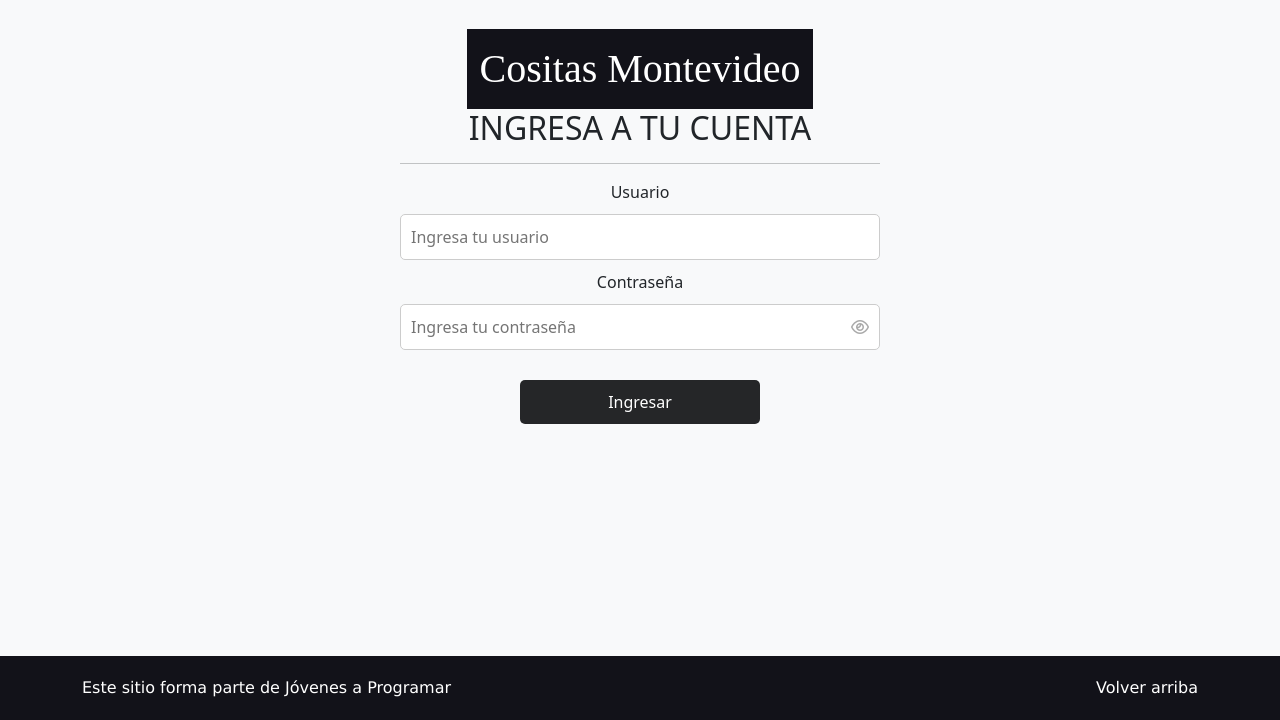
Repository: naticab/proyecto-dw
Page: login.html
These files come from the project's save history. The page is drawn as it stood at one moment and after the next save; the edit follows.
The browser window is 1280 px wide. The pictures show the whole page.
Some web fonts or font styles are not loaded; a fallback is used.

Above is the page before, as saved 2024-09-15 14:24:33.

After the next save:
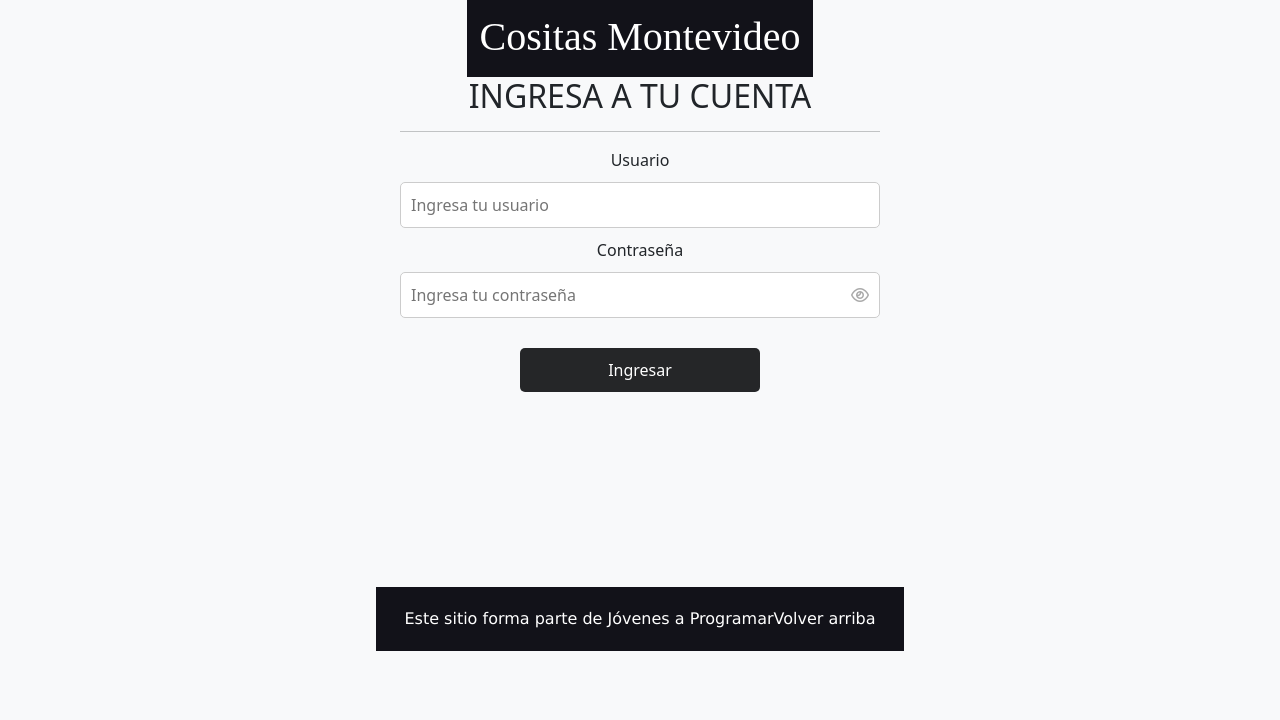
Saved 35 s later.
--- a/css/login.css
+++ b/css/login.css
@@ -48,17 +48,6 @@ button:hover {
     background-color: #3f3f3f;
 }
 
-footer {
-    position: fixed;
-    bottom: 0;
-    left: 0;
-    width: 100%;
-    padding-top: 1rem;
-    padding-bottom: 1rem;
-    background-color: #f8f9fa;
-    text-align: center;
-}
-
 @media (max-width: 768px) {
     .login-container {
         width: 25em;
